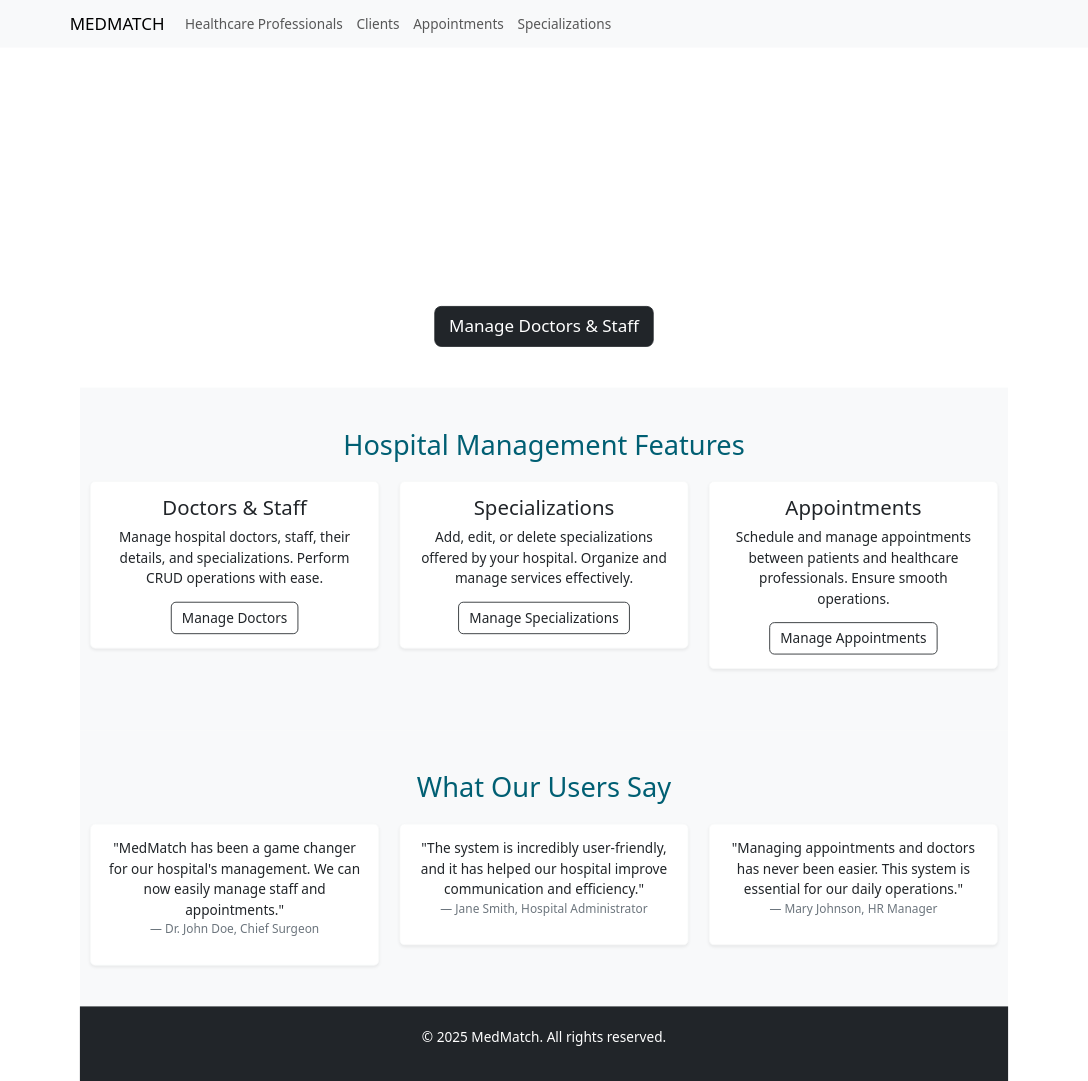
Repository: fahma20/medmatch-platform
Page: / (app in client/)
The author's editor kept a copy of each file at every save. The page is drawn from the files as they stood at one save, then again after a run of saves.
The browser window is 1280 px wide. The pictures show the whole page, at 85% of full size.
The project was rebuilt for these pictures with package versions that can differ from the ones it lists, and the page was loaded fresh each time. Also part of the build but not shown: client/src/components/Healthcareprofessionals.js, client/src/components/Specializations.js, client/src/components/Appointments.js, client/src/components/Clients.js.

Above is the page before, as saved 2025-01-31 08:59:43.

### client/src/index.js
import React from "react";
import ReactDOM from "react-dom";
import App from './components/App';  // Correct path to the App component


ReactDOM.render(
  <React.StrictMode>
    <App />
  </React.StrictMode>,
  document.getElementById("root")
);

### client/src/components/App.js
import React from 'react';
import { BrowserRouter as Router, Routes, Route } from 'react-router-dom';
import 'bootstrap/dist/css/bootstrap.min.css';

import HealthcareProfessionals from './Healthcareprofessionals'; // Ensure the correct name and casing
import Specializations from './Specializations';
import Appointments from './Appointments';
import Clients from './Clients';
import Navbar from './Navbar';
import HomePage from './Homepage'; // Corrected import to HomePage

const App = () => {
  return (
    <Router>
      <Navbar /> {/* Your Navbar component */}
      <div className="container mt-5">
        <Routes>
          {/* Add HomePage as the route for the root path */}
          <Route path="/" element={<HomePage />} /> {/* Home Page */}
          <Route path="/clients" element={<Clients />} />
          <Route path="/appointments" element={<Appointments />} />
          <Route path="/specializations" element={<Specializations />} />
          <Route path="/healthcare-professionals" element={<HealthcareProfessionals />} /> {/* Healthcare Professionals Page */}
        </Routes>
      </div>
    </Router>
  );
};

export default App;

### client/src/components/Navbar.js
/*import React from 'react';
import { Link } from 'react-router-dom';

const Navbar = () => {
  return (
    <nav className="navbar navbar-expand-lg navbar-light bg-light">
      <a className="navbar-brand" href="/">MedMatch</a>
      <div className="collapse navbar-collapse">
        <ul className="navbar-nav ml-auto">
          <li className="nav-item">
            <Link className="nav-link" to="/">Healthcare Professionals</Link>
          </li>
          <li className="nav-item">
            <Link className="nav-link" to="/clients">Clients</Link>
          </li>
          <li className="nav-item">
            <Link className="nav-link" to="/appointments">Appointments</Link>
          </li>
        </ul>
      </div>
    </nav>
  );
};

export default Navbar;
*/

// Navbar.js
import React from 'react';
import { Link } from 'react-router-dom';

const Navbar = () => {
  return (
    <nav className="navbar navbar-expand-lg navbar-light bg-light">
      <div className="container">
        <Link className="navbar-brand" to="/">MEDMATCH</Link>
        <button
          className="navbar-toggler"
          type="button"
          data-bs-toggle="collapse"
          data-bs-target="#navbarNav"
          aria-controls="navbarNav"
          aria-expanded="false"
          aria-label="Toggle navigation"
        >
          <span className="navbar-toggler-icon"></span>
        </button>
        <div className="collapse navbar-collapse" id="navbarNav">
          <ul className="navbar-nav">
            <li className="nav-item">
              <Link className="nav-link" to="/healthcare-professionals">Healthcare Professionals</Link>
            </li>
            <li className="nav-item">
              <Link className="nav-link" to="/clients">Clients</Link>
            </li>
            <li className="nav-item">
              <Link className="nav-link" to="/appointments">Appointments</Link>
            </li>
            <li className="nav-item">
              <Link className="nav-link" to="/specializations">Specializations</Link>
            </li>
          </ul>
        </div>
      </div>
    </nav>
  );
};

export default Navbar;

### client/src/components/Homepage.js
import React from 'react';
import { Link } from 'react-router-dom';
import 'bootstrap/dist/css/bootstrap.min.css';

const HomePage = () => {
  return (
    <div className="container-fluid">
      {/* Hero Section */}
      <section className="hero bg-lightblue text-white py-5">
        <div className="container text-center">
          <h1 className="display-3 font-weight-bold">Welcome to MedMatch Hospital Management</h1>
          <p className="lead">Manage hospital staff, track appointments, and organize patient data with ease.</p>
          <Link to="/healthcare-professionals" className="btn btn-dark btn-lg">Manage Doctors & Staff</Link>
        </div>
      </section>

      {/* Features Section */}
      <section className="features py-5" style={{ backgroundColor: '#f8f9fa' }}>
        <div className="container text-center">
          <h2 className="font-weight-bold mb-4" style={{ color: '#005f73' }}>Hospital Management Features</h2>
          <div className="row">
            {/* Doctors & Staff Management */}
            <div className="col-lg-4 mb-4">
              <div className="card shadow-sm border-light">
                <div className="card-body">
                  <h4 className="card-title text-dark">Doctors & Staff</h4>
                  <p className="card-text">Manage hospital doctors, staff, their details, and specializations. Perform CRUD operations with ease.</p>
                  <Link to="/healthcare-professionals" className="btn btn-outline-dark">Manage Doctors</Link>
                </div>
              </div>
            </div>

            {/* Specializations Management */}
            <div className="col-lg-4 mb-4">
              <div className="card shadow-sm border-light">
                <div className="card-body">
                  <h4 className="card-title text-dark">Specializations</h4>
                  <p className="card-text">Add, edit, or delete specializations offered by your hospital. Organize and manage services effectively.</p>
                  <Link to="/specializations" className="btn btn-outline-dark">Manage Specializations</Link>
                </div>
              </div>
            </div>

            {/* Appointments Management */}
            <div className="col-lg-4 mb-4">
              <div className="card shadow-sm border-light">
                <div className="card-body">
                  <h4 className="card-title text-dark">Appointments</h4>
                  <p className="card-text">Schedule and manage appointments between patients and healthcare professionals. Ensure smooth operations.</p>
                  <Link to="/appointments" className="btn btn-outline-dark">Manage Appointments</Link>
                </div>
              </div>
            </div>
          </div>
        </div>
      </section>

      {/* Testimonials Section */}
      <section className="testimonials bg-light py-5">
        <div className="container text-center">
          <h2 className="font-weight-bold mb-4" style={{ color: '#005f73' }}>What Our Users Say</h2>
          <div className="row">
            <div className="col-md-4">
              <div className="card shadow-sm border-light">
                <div className="card-body">
                  <p className="card-text">"MedMatch has been a game changer for our hospital's management. We can now easily manage staff and appointments."</p>
                  <footer className="blockquote-footer">Dr. John Doe, Chief Surgeon</footer>
                </div>
              </div>
            </div>
            <div className="col-md-4">
              <div className="card shadow-sm border-light">
                <div className="card-body">
                  <p className="card-text">"The system is incredibly user-friendly, and it has helped our hospital improve communication and efficiency."</p>
                  <footer className="blockquote-footer">Jane Smith, Hospital Administrator</footer>
                </div>
              </div>
            </div>
            <div className="col-md-4">
              <div className="card shadow-sm border-light">
                <div className="card-body">
                  <p className="card-text">"Managing appointments and doctors has never been easier. This system is essential for our daily operations."</p>
                  <footer className="blockquote-footer">Mary Johnson, HR Manager</footer>
                </div>
              </div>
            </div>
          </div>
        </div>
      </section>

      {/* Footer Section */}
      <footer className="bg-dark text-white py-4">
        <div className="container text-center">
          <p>&copy; 2025 MedMatch. All rights reserved.</p>
        </div>
      </footer>
    </div>
  );
};

export default HomePage;

Loaded but not shown: client/public/index.html (common file)

After the next 2 saves:
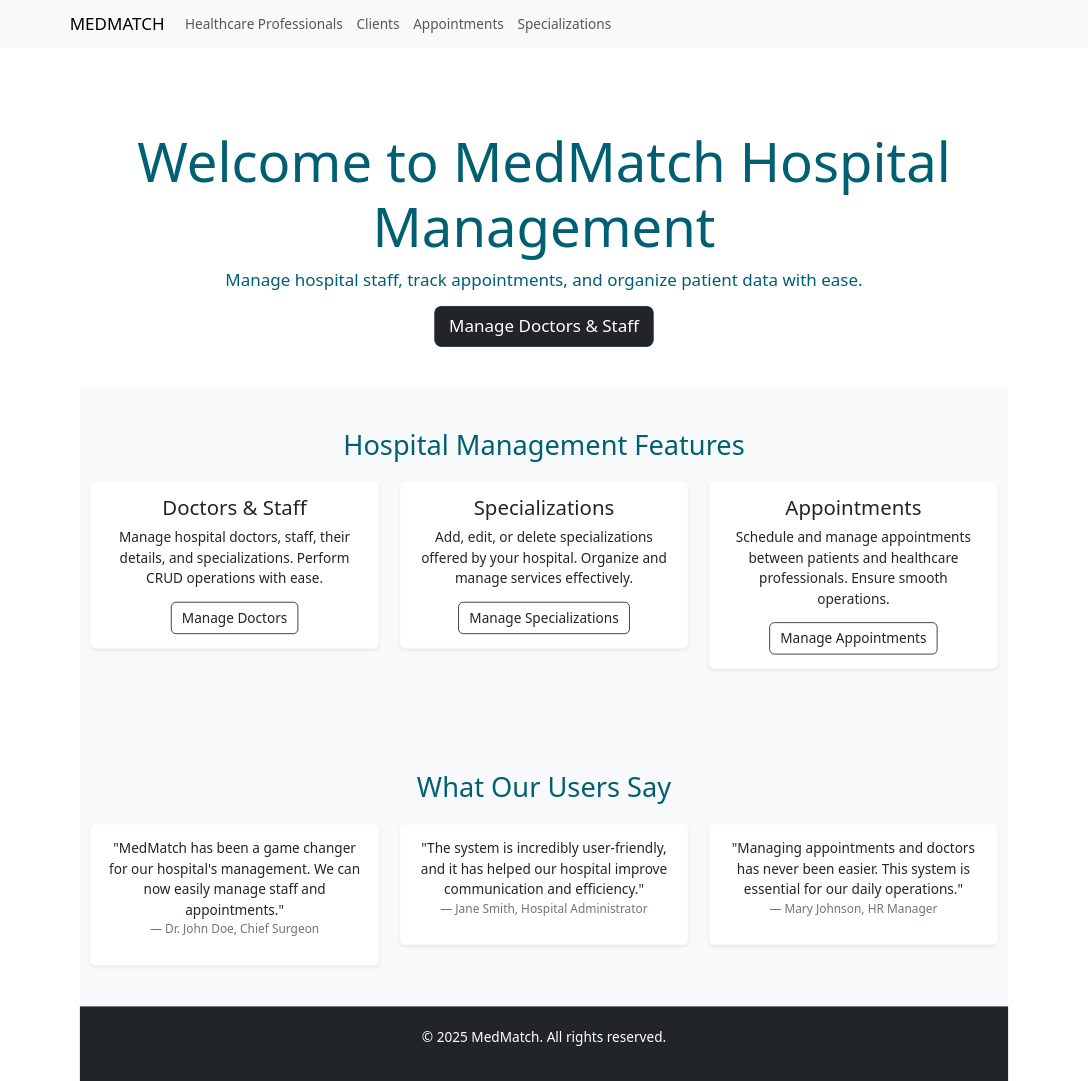
The 2 saves are shown as one change because they came seconds apart.
The last was saved 118 s later.
--- a/client/src/components/Homepage.js
+++ b/client/src/components/Homepage.js
@@ -6,7 +6,7 @@ const HomePage = () => {
   return (
     <div className="container-fluid">
       {/* Hero Section */}
-      <section className="hero bg-lightblue text-white py-5">
+      <section className="hero py-5" style={{ backgroundColor: '#ffffff', color: '#005f73' }}>
         <div className="container text-center">
           <h1 className="display-3 font-weight-bold">Welcome to MedMatch Hospital Management</h1>
           <p className="lead">Manage hospital staff, track appointments, and organize patient data with ease.</p>
